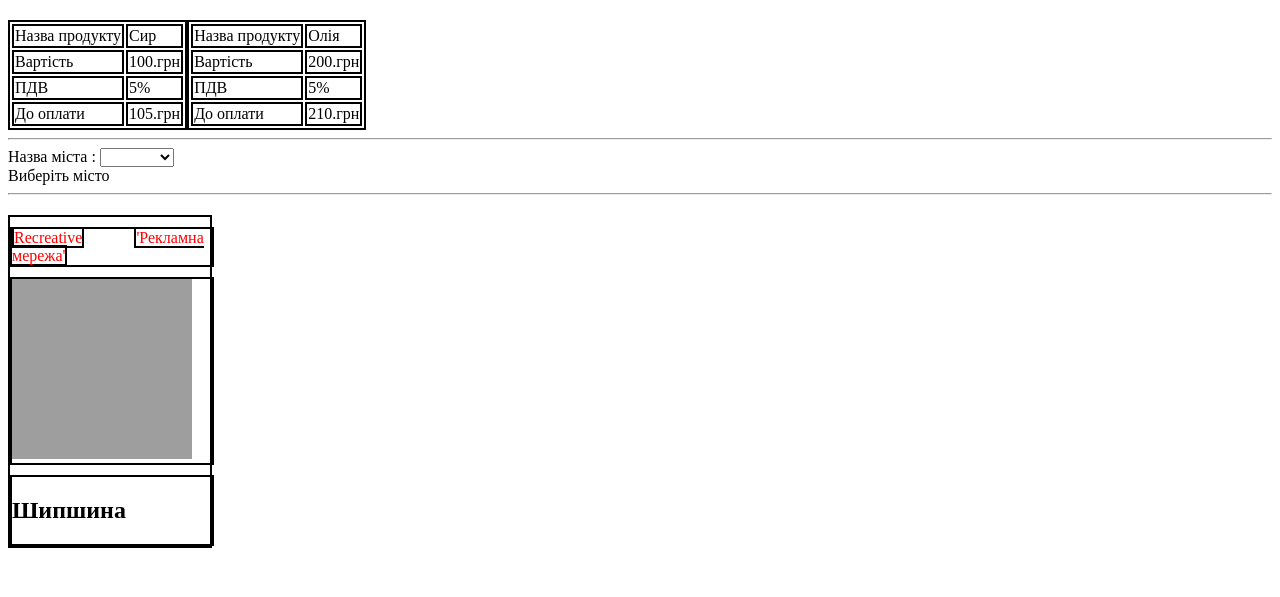
Repository: AnatoliyZaporozhets/HomeTask
Page: / (app in HomeWork_1/)
These files come from the project's save history. The page is drawn as it stood at one moment and after the next save; the edit follows.
The browser window is 1280 px wide. The pictures show the whole page.
Pictures or frames that could not be fetched are drawn as grey boxes. The project was rebuilt for these pictures with package versions that can differ from the ones it lists, and the page was loaded fresh each time.

Above is the page before, as saved 2022-04-12 21:01:13.

After the next save:
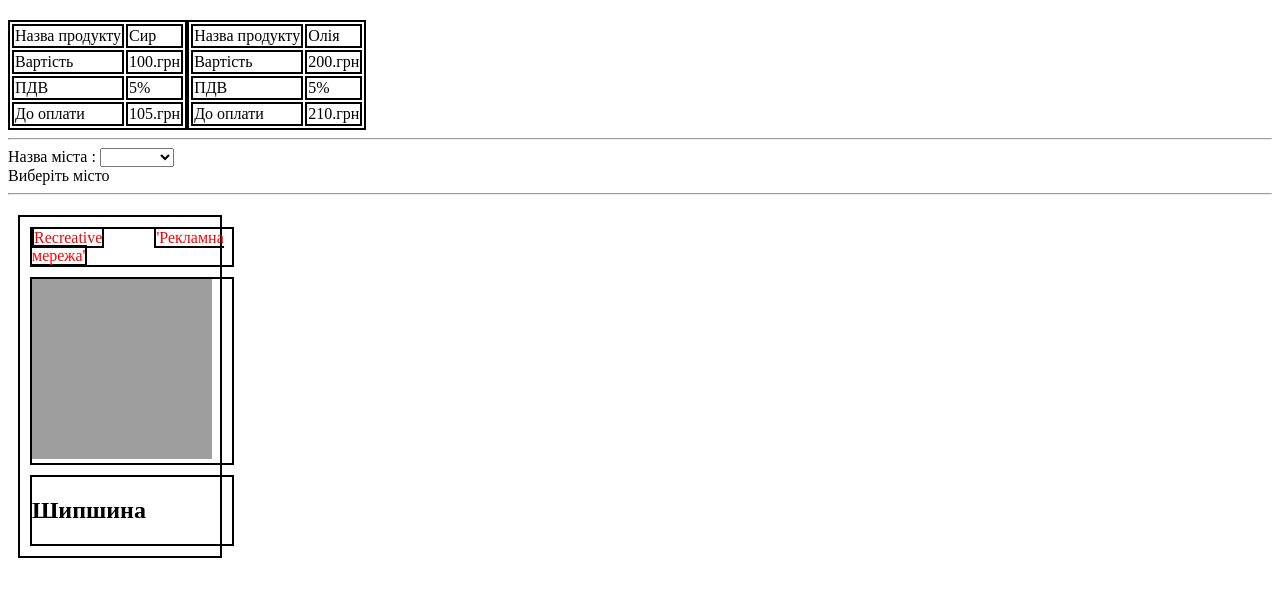
Saved 16 s later.
--- a/HomeWork_1/src/components/BannerList/Banner/index.vue
+++ b/HomeWork_1/src/components/BannerList/Banner/index.vue
@@ -41,7 +41,7 @@ img{
    border: 2px solid black;
 }
 div{
- margin-top: 10px;
+ margin: 10px;
     border: 2px solid black;
     width: 200px;
 }
